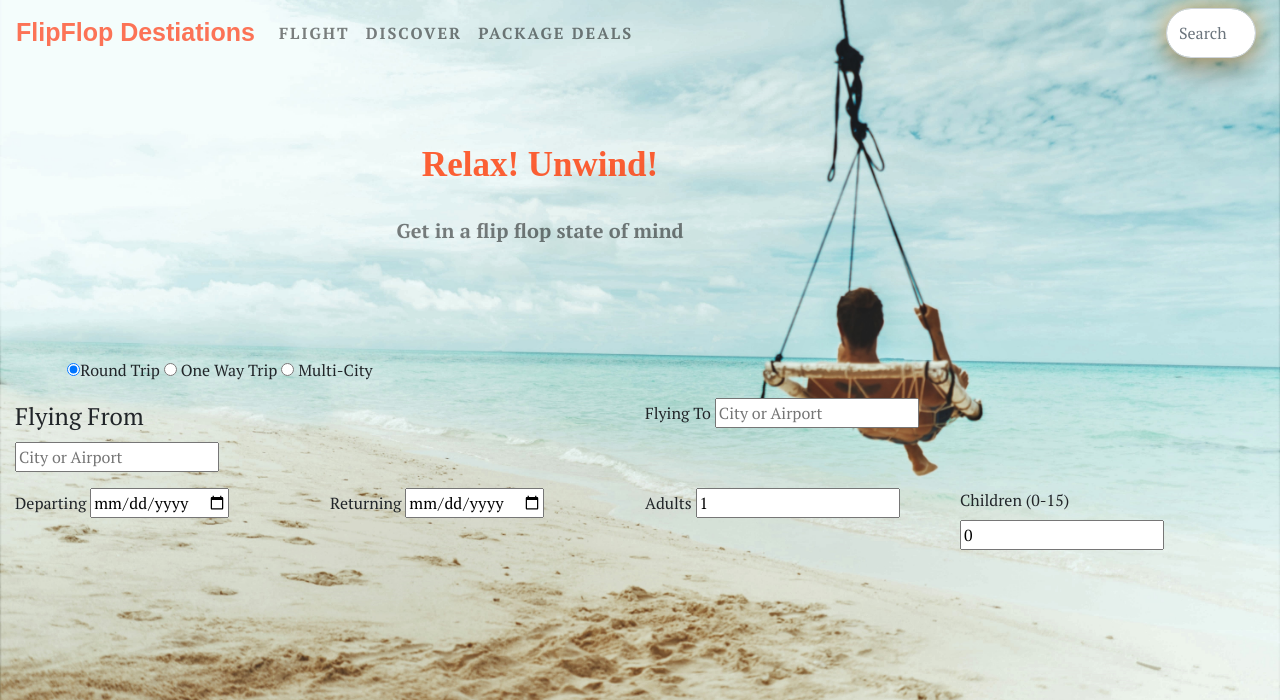
Repository: edshuli/FlipFlop
Page: index.html
The author's editor kept a record of every edit. The page is drawn from the files as they stood at one moment, then again after the next edit.
The browser window is 1280 px wide. The pictures show the part of the page from y = 0 to 700 px (the page is 1434 px tall).
A picture or video elsewhere on the page could not be fetched, so the positions and the page height are approximate. Backgrounds fixed to the window are drawn as part of the page. Some web fonts or font styles are not loaded; a fallback is used.

Above is the page before.

### index.html
<!DOCTYPE html>
<html lang="en">

<head>
    <meta charset="UTF-8">
    <meta name="viewport" content="width=device-width, initial-scale=1.0">
    <meta http-equiv="X-UA-Compatible" content="ie=edge">
    <link rel="stylesheet" href="https://stackpath.bootstrapcdn.com/bootstrap/4.3.1/css/bootstrap.min.css" type="text/css" />
    <link rel="stylesheet" href="https://maxcdn.bootstrapcdn.com/font-awesome/4.7.0/css/font-awesome.min.css" type="text/css" />
    <link rel="stylesheet" href="https://cdnjs.cloudflare.com/ajax/libs/hover.css/2.3.1/css/hover-min.css" type="text/css" />
    <link rel="stylesheet" href="assets/css/style.css" type="text/css" />
    <title>FlipFlop Destiations</title>
</head>

<body>
    <!--NavBar -->
    <div class="container-fluid navbar-menu">
        <div class="row">
            <div class="col-12">
                <nav class="navbar navbar-expand-sm fixed-top navbar-light ">
                    <a href="index.html" class="navbar-brand">FlipFlop Destiations</a>
                    <button class="navbar-toggler" type="button" data-toggle="collapse" data-target="#menu-dropdown" aria-controls="menuDropdown" aria-expanded="false" aria-label="Toggle navigation">
                         <span class="navbar-toggler-icon"></span>
                     </button>
                    <div id="menu-dropdown" class="navbar-collapse collapse">
                        <ul class="navbar-nav mr-auto">
                            <li><a class="nav-link text-uppercase" href="#">Flight</a></li>
                            <li><a class="nav-link text-uppercase" href="#destinationsContainer">Discover</a></li>
                            <li><a class="nav-link text-uppercase" href="#">Package Deals</a></li>
                            <!--   <li><a class="nav-link text-uppercase" href="#">Discover</a></li> -->
                        </ul>
                        <form class="form-inline">
                            <input class="form-control mr-sm-2 searchButton" type="search" placeholder="Search" aria-label="Search">

                        </form>
                    </div>
            </div>
        </div>
        </nav>
    </div>

    <!-- HomwopageContainer - Jumbotron -->

    <div class="container-fluid homepageContainer" id="homepageContainer">
        <div class="row">
            <div class="col">
                <div class="jumbotron text-center">
                    <h1 class="mainHeading">Relax! Unwind!</h1>
                    <p class="lead">Get in a flip flop state of mind</p>
                    <!--    <a class="btn btn-primary btn-lg btnMain" href="#" role="button">Explore!</a> -->
                </div>
            </div>
        </div>
        <div class="row">
            <div class="col">
                <form class="bookingForm">
                    <div class="form-row bookingFormBox">
                        <div class="form-group col-md-4 mb-3">
                            <input type="radio" name="check" value="roundTrip" checked>Round Trip
                            <input type="radio" name="check" value="oneWayTrip"> One Way Trip
                            <input type="radio" name="check" value="multiCity"> Multi-City

                        </div>
                    </div>
                    <div class="form-row">
                        <div class="form-group col-md-6">
                            <legend for="flyingFrom" class="formTitle">Flying From</legend>
                            <input type="text" class="flightForm" id="flyingFrom" placeholder="City or Airport" required>
                        </div>
                        <div class="form-group col-md-6">
                            <label for="flyingTo">Flying To</label>
                            <input type="text" class="flightForm" id="flyin" placeholder="City or Airport" required>
                        </div>
                    </div>
                    <div class="form-row">
                        <div class="form-group col-md-3">
                            <label for="departing">Departing</label>
                            <input type="date" class="flightForm" id="departing" required>
                        </div>
                        <div class="form-group col-md-3">
                            <label for="returning">Returning</label>
                            <input type="date" class="flightForm" id="returning" required>
                        </div>
                        <div class="form-group col-md-3">
                            <label for="adults">Adults</label>
                            <input type="number" class="flightForm" id="adults" value="1" required>
                        </div>
                        <div class="form-group col-md-3">
                            <label for="children">Children (0-15)</label>
                            <input type="number" class="flightForm" id="children" value="0" required>
                        </div>
                </form>
                </div>
            </div>
        </div>
    </div>





    <!-- Package Travels -->

    <!-- Destinations -->

    <div class="container-fluid destinationsContainer" id="destinationsContainer">
        <div class="row">
            <div class="col-xs-6 col-sm-4 destinationCards">
                <div class="card">
                    <img src="assets/img/europeImg.jpg" class="card-img-top rounded float-left" alt="...">
                    <div class="card-body">
                        <h5 class="card-title"><a href="europe.html">Europe</a></h5>
                        <p class="card-text"></p>
                    </div>
                </div>
            </div>
            <div class="col-xs-6 col-sm-4 destinationCards">
                <div class="card">
                    <img src="assets/img/americaImg.jpg" class="card-img-top rounded float-left" alt="...">
                    <div class="card-body">
                        <h5 class="card-title"><a href="europe.html">America</a></h5>
                        <p class="card-text"></p>
                    </div>
                </div>
            </div>
            <div class="col-xs-6 col-sm-4 destinationCards">
                <div class="card">
                    <img src="assets/img/asiaImg.jpg" class="card-img-top rounded float-left" alt="...">
                    <div class="card-body">
                        <h5 class="card-title"><a href="europe.html">Asia</a></h5>
                        <p class="card-text"></p>
                    </div>
                </div>
            </div>
            <div class="col-xs-6 col-sm-4 destinationCards">
                <div class="card">
                    <img src="assets/img/oceaniaImg.jpg" class="card-img-top rounded float-left" alt="...">
                    <div class="card-body">
                        <h5 class="card-title"><a href="europe.html">Oceania</a></h5>
                        <p class="card-text"></p>
                    </div>
                </div>
            </div>
            <div class="col-xs-6 col-sm-4 destinationCards">
                <div class="card">
                    <img src="assets/img/africaImg.jpg" class="card-img-top rounded float-left" alt="...">
                    <div class="card-body">
                        <h5 class="card-title"><a href="europe.html">Africa</a></h5>
                        <p class="card-text"></p>
                    </div>
                </div>
            </div>
        </div>
    </div>


</body>

</html>

### assets/css/style.css
@import url('https://fonts.googleapis.com/css?family=PT+Serif:100,200,300,400,500,600,700|Playfair+Display:100,200,300,400,500,600,700|Mansalva:100,200,300,400');

body {
    width: 100%;
    height: 100%;
    font-family: "PT Serif", sans-serif;
    background-color: rgba(169, 144, 157, 0.2);
    font-weight: 400;

}

/*------ NavBar ------------*/

.navbar-light .navbar-brand {
    color: rgba(255, 49, 7, 0.6784313725490196);
}

.navbar-brand {
    font-family: "Mansalva", sans-serif;
    font-size: 25px;
    font-weight: bold;
    transition: all 0.35s ease-in-out;
    -moz-transition: all 0.35s ease-in-out;
    -webkit-transition: all 0.35s ease-in-out;
    -o-transition: all 0.35s ease-in-out;
}

.navbar .navbar-nav .nav-link {
    font-weight: 600;
    letter-spacing: 2px;
    text-decoration: none;

}


/*------Homepage ------------*/

.homepageContainer {
    height: 100vh;
    width: 100vw;
    background: url(../img/imgHp.jpg) no-repeat center center fixed;
    -webkit-background-size: cover;
    -moz-background-size: cover;
    -o-background-size: cover;
    background-size: cover;
}

/*--------Jumbotron-----------*/

.jumbotron {
    background-color: transparent;
    margin-right: 200px;
}



.mainHeading {
    font-size: 35px;
    margin-bottom: 30px;
    margin-top: 80px;
    font-family: -webkit-pictograph;
    color: #ff3700c9;
    font-weight: bold;
}

.lead {
    color: rgba(0, 0, 0, .5);
    /*#544b45;*/
    font-weight: 600;
}

.btnMain {
    background-color: #da7c2063;
    border-color: #ff5a0096;
    margin-top: 30px;
    color: #212529b0;
    /* or ;#e1e1e1 */
    font-weight: bold;
    border-radius: 15px;
}

.form-inline .searchButton {
    border-radius: 50px;
    width: 90px;
    height: 50px;
    box-shadow: 0 0 25px 0 #ed891494, 0 20px 25px 0 rgba(0, 0, 0, 0.2);
}

/*-------- Card ---------------*/

.destinationsContainer {
    width: 100vw;
    background: url(../img/hpImg.jpg) no-repeat center center fixed;
    -webkit-background-size: cover;
    -moz-background-size: cover;
    -o-background-size: cover;
    background-size: cover;
    background-color: #f6f4f5;
    position: relative;
}

.destinationCards {
    display: inline-table;
    justify-content: center;
    align-items: center;
    padding-bottom: 10px;
    padding-top: 10px;
    padding-left: 35px;
}

.card {
    background-color: #fdfdfd;
    border-radius: 2.5%;
    width: 18rem;
    height: 14em;
    top: 50%;
    margin: 15% auto;
    align-items: center;
    z-index: 2;
    display: block;
    opacity: 0.9;
    transition: all .3s ease-in;
    -moz-transition: all .3s ease-in;
    -webkit-transition: all .3s ease-in;
}


.card-title a{
    color: #343a40;
    font-family: "PT Serif", sans-serif;
    text-align: center;
}

.card-body {
    height: 200px;

}

.card-body .row {
    text-align: center;
    padding-top: 10px;
}


.flightForm{
    display: inline-block;
}

.bookingFormBox{
    text-align: center;
}

/*-------------------------EUROPE/COUNTRIES---------------------*/

.countriesContainer {
    width: 100vw;
    background: url(../img/imgEurope/spainImg.jpg) no-repeat center center fixed;
    -webkit-background-size: cover;
    -moz-background-size: cover;
    -o-background-size: cover;
    background-size: cover;
    position: relative;
}

.countriesCards{
    display: inline-table;
    justify-content: center;
    align-items: center;
}


.titleHeader{
    font-family:"Playfair Display", sans-serif;
    color: burlywood;
    text-align: center;
    margin-bottom: 0px;
    padding-bottom: 10px;
    padding-top: 70px;
    padding-left: 70px;
    margin-left: 150px;
    margin-right: 200px;
}

.countriesContainer .card-title {
    color: #e68a14;
    font-family: "Playfair Display", sans-serif;
    text-align: center;
}

/*
.form-inline{
    border-radius: 50px;
    width: 50px;
    height: 50px;
    box-shadow: 0 0 25px 0 #14a0ed, 0 20px 25px 0 rgba(0, 0, 0, 0.2);
}
.form-inline{
    font-family: 'Inconsolata', monospace;
    margin: auto;
    top: 0;
    right: 0;
    bottom: 0;
    left: 0;
    width: 50px;
    height: 50px;
    outline: none;
    border: none;
    background: crimson;
    color: white;
    text-shadow: 0 0 10px crimson;
    padding: 0 20px 10px;
    border-radius: 30px;
    box-shadow: 0 0 25px 0 crimson, 0 20px 25px 0 rgba(0, 0, 0, 0.2);
     background-color: white;
    transition: all 1s;
     opacity: 0;
    z-index: 5;
    font-weight: bolder;
    letter-spacing: 0.1em;
}

.form-inline:hover{
      cursor: pointer;

}

.form-inline:before{
     content: "";
      position: absolute;
      margin: auto;
      top: 22px;
      right: 0;
      bottom: 0;
      left: 22px;
      width: 12px;
      height: 2px;
      background: white;
      transform: rotate(45deg);
      transition: all .5s;
}

.form-inline:after{
    content: "";
      position: absolute;
      margin: auto;
      top: -5px;
      right: 0;
      bottom: 0;
      left: -5px;
      width: 25px;
      height: 25px;
      border-radius: 50%;
      border: 2px solid white;
      transition: all .5s;
}
*/

After the next edit:
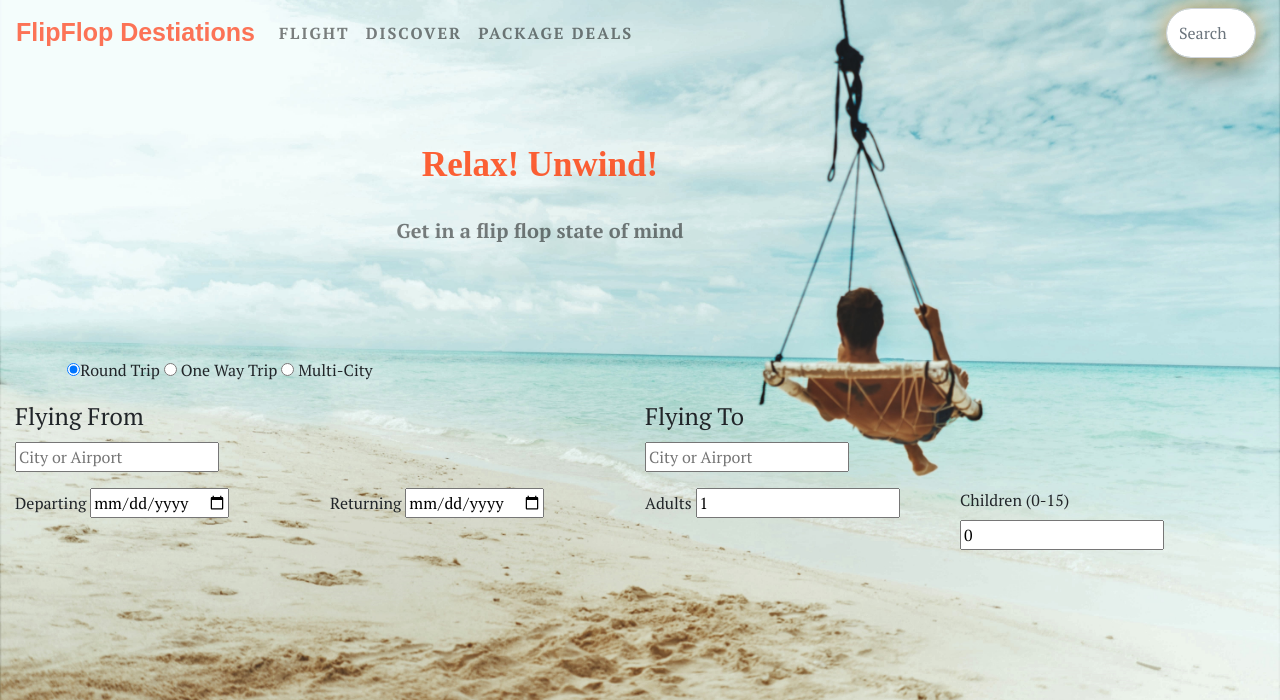
The edit:
--- a/index.html
+++ b/index.html
@@ -68,7 +68,7 @@
                             <input type="text" class="flightForm" id="flyingFrom" placeholder="City or Airport" required>
                         </div>
                         <div class="form-group col-md-6">
-                            <label for="flyingTo">Flying To</label>
+                            <legend for="flyingTo class="formTitle"">Flying To</legend>
                             <input type="text" class="flightForm" id="flyin" placeholder="City or Airport" required>
                         </div>
                     </div>
